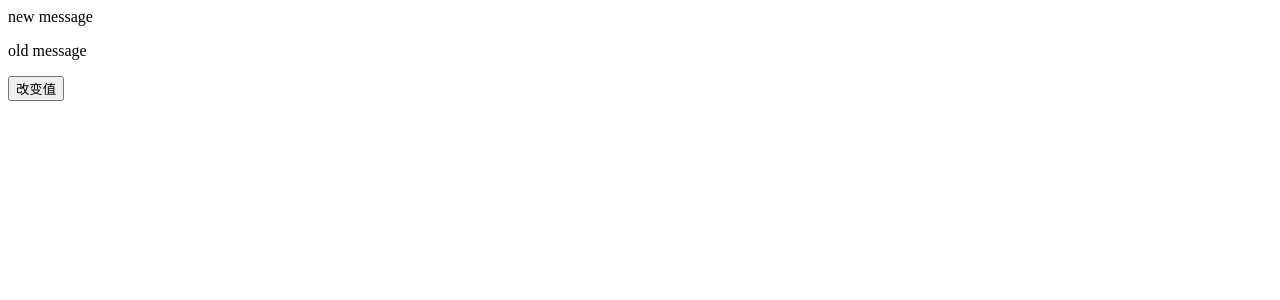
Repository: erdanergou/VueLearn
Page: vuelearn2/learn1.html
These files come from the project's save history. The page is drawn as it stood at one moment and after the next save; the edit follows.
The browser window is 1280 px wide. The pictures show the whole page.

Above is the page before, as saved 2022-07-21 08:27:55.
Console error: TypeError: Cannot read properties of undefined (reading '__ob__')

### vuelearn2/learn1.html
<!DOCTYPE html>
<html lang="en">
<head>
    <meta charset="UTF-8">
    <meta http-equiv="X-UA-Compatible" content="IE=edge">
    <meta name="viewport" content="width=device-width, initial-scale=1.0">
    <title>learn1</title>
    <script src="js/vue.js"></script>
</head>
<body>

    <!-- 对于对象  -->

    <!-- Vue 不能检测到对象属性的添加或删除。
        因为 Vue 在初始化实例时将属性转为 getter/setter，所以属性必须在 data 对象上才能让 Vue 转换它，这样才能让它是响应的。 -->
    <script>
        var vm = new Vue({
            data:{
                // `vm.a` 是响应式的
                a:1
            }
        })
        // `vm.b` 是非响应式的
        vm.b = 2

        // Vue 不允许在已经创建的实例上动态添加新的根级响应式属性。
        // 然而它可以使用 Vue.set(object, key, value) 方法将响应属性添加到嵌套的对象上：
        Vue.set(vm.smoeObject,'b',2)
        // Vue.set 方法的别名
        this.$set(vm.smoeObject, 'b', 2)


        //若需要为已有对象赋值多个新property，如Object.assign() 或 _.extend()
        //但是，这样添加到对象上的新 property 不会触发更新。
        //在这种情况下，应该用原对象与要混合进去的对象的 property 一起创建一个新的对象。
        // Object.assign(this.smoeObject,{a:1, b:2})
        this.smoeObject = Object.assign({},this.smoeObject,{a: 1 ,b: 2})
    </script>



    <!-- 对于数组 -->
    <!-- Vue 不能检测以下数组的变动：
        当你利用索引直接设置一个数组项时，例如：vm.items[indexOfItem] = newValue
        当你修改数组的长度时，例如：vm.items.length = newLength -->
    <script>
        var vm = new Vue({
          data:{
            items:['a', 'b', 'c']
          }
        })

        vm.items[0] = 'A'  // 不是响应的
        // 解决方法1(Vue.set)
        //Vue.set(vm.items,indexOfItem,newValue)
        // this.$set(vm.items,indexOfItem,newValue)

        // 解决方法2(Array.prototype.splice)
        // vm.items.splice(indexOfItem,1,newValue)

        vm.items.length = 2  // 不是响应的
        // 解决方法
        // vm.items.splice(newLength)
    </script>


    <!-- 声明响应式 property -->
    <!-- 由于 Vue 不允许动态添加根级响应式 property，所以必须在初始化实例前声明所有根级响应式 property -->
    <script>
        var vm = new Vue({
        data: {
            // 声明 message 为一个空值字符串
            message: ''
        },
        template: '<div>{{ message }}</div>'
        })
        // 之后设置 `message`
        vm.message = 'Hello!'
    </script>



    <!--异步更新队列-->
    <div id="example">
        <div id="son">{{message}}</div>
    </div>

    <script>
        var example = new Vue({
            el:"#son",
            data:{
                message:"123"
            }
        })
        example.message = "new message"
        console.log(example.$el)  // $el用于获取Vue实例挂载的DOM元素
        // alert(example.$el.textContent)
        console.log(example.$el.textContent == 'new message')  // false
        Vue.nextTick(function(){
            //为了在数据变化之后等待 Vue 完成更新 DOM ，可以在数据变化之后立即使用 Vue.nextTick(callback) 。这样回调在 DOM 更新完成后就会调用
            // alert(example.$el.textContent)
            console.log(example.$el.textContent == 'new message') // true
        })

        //vm.$nextTick() 这个实例方法在组件内使用特别方便，因为它不需要全局 Vue ，它的回调 this 将自动绑定到当前的 Vue 实例上：
    </script>
    <div id="app2">
        <p>{{message}}</p>
        <button @click="changeText">改变值</button>
    </div>
    <script>
        var app2 = new Vue({
            el:"#app2",
            data:{
                message:"old message"
            },
            methods:{
                changeText:function(){
                    this.message = "new message"
                }
            }
        })

    </script>
</body>
</html>

Loaded but not shown: vuelearn2/js/vue.js (library)

After the next save:
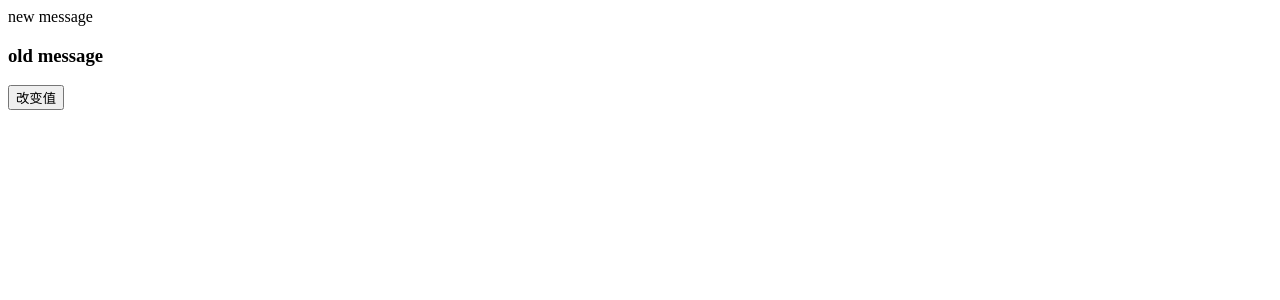
Saved 26 s later.
--- a/vuelearn2/learn1.html
+++ b/vuelearn2/learn1.html
@@ -105,7 +105,7 @@
         //vm.$nextTick() 这个实例方法在组件内使用特别方便，因为它不需要全局 Vue ，它的回调 this 将自动绑定到当前的 Vue 实例上：
     </script>
     <div id="app2">
-        <p>{{message}}</p>
+        <h3>{{message}}</p>
         <button @click="changeText">改变值</button>
     </div>
     <script>
